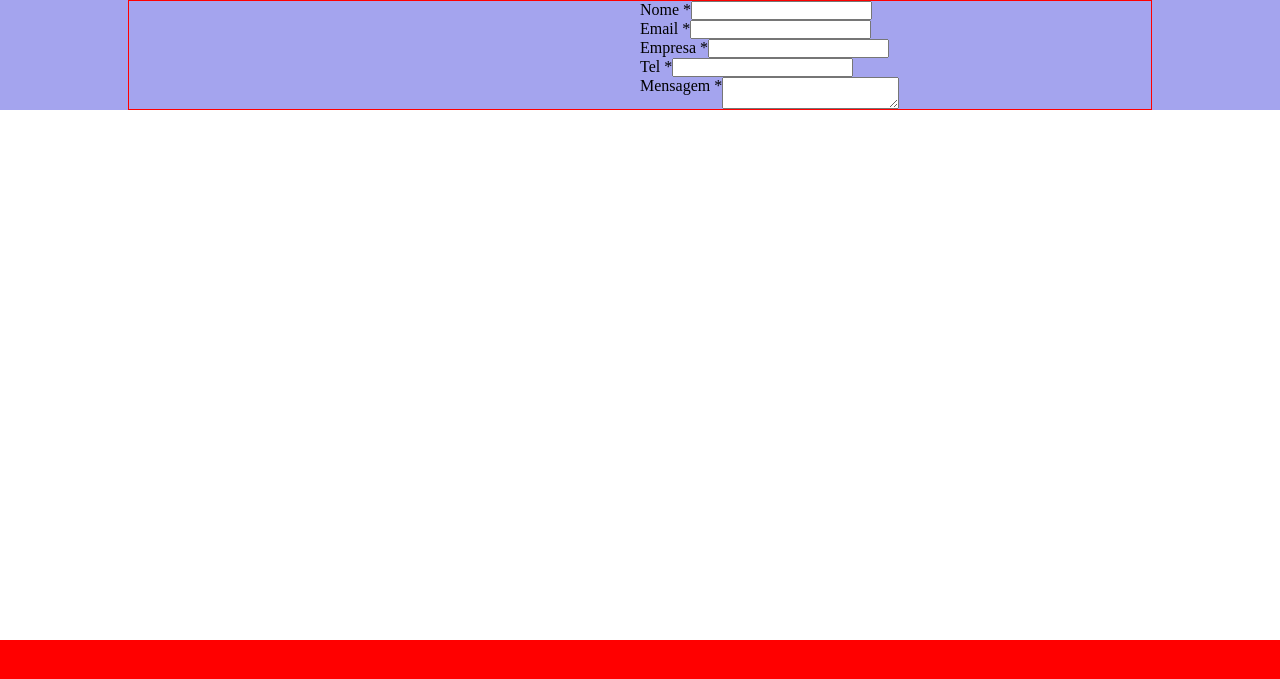
Repository: ecrseer/contatenos-html-js
Page: contatenos.html
An editor plug-in stored every save of this project. The page is shown before and after the next save, followed by the edit.
The browser window is 1280 px wide. The pictures show the whole page.

Above is the page before, as saved 2021-12-27 14:38:00.

### contatenos.html
<!DOCTYPE html>
<html lang="en">

<head>
    <meta charset="UTF-8">
    <meta http-equiv="X-UA-Compatible" content="IE=edge">
    <meta name="viewport" content="width=device-width, initial-scale=1.0">
    <title>Contate-nos</title>
    <link rel="stylesheet" href="reset.css">
    <link rel="stylesheet" href="contatenos.css">
</head>

<body>

    <main class="main">
        <form action="enviar" method="post">
            <div class="input">
                <label for="Nome">Nome *</label>
                <input type="text">
            </div>
            <div class="input">
                <label for="Email">Email *</label>
                <input type="email">
            </div>
            <div class="input">
                <label for="Empresa">Empresa *</label>
                <input type="text">
            </div>
            <div class="input">
                <label for="Tel">Tel *</label>
                <input type="text">
            </div>
            <div class="input">
                <label for="Tel">Mensagem *</label>
                <textarea></textarea>
            </div>

        </form>
    </main>
    <section class="bottomnav">

    </section>

    <script src="contatenos.js"></script>
</body>

</html>

### contatenos.css
body{
    width: 100%;
    display: flex;
}
.main{
    background: rgb(164, 164, 238);
    width: 100%;
    height: 100%;
}
.input{
    display: flex;
    width: 50%;
    justify-self: right;
}
.bottomnav{
    background: red;
    position: fixed;
    bottom: 0;
    width: 100%;
    height: 5em;
}
form{
    width: 80%;
    border: 1px red solid;
    justify-content: center;
    align-self: center;
    justify-self: center;
}

### contatenos.js
//alert('hi')

Loaded but not shown: reset.css (common file)

After the next save:
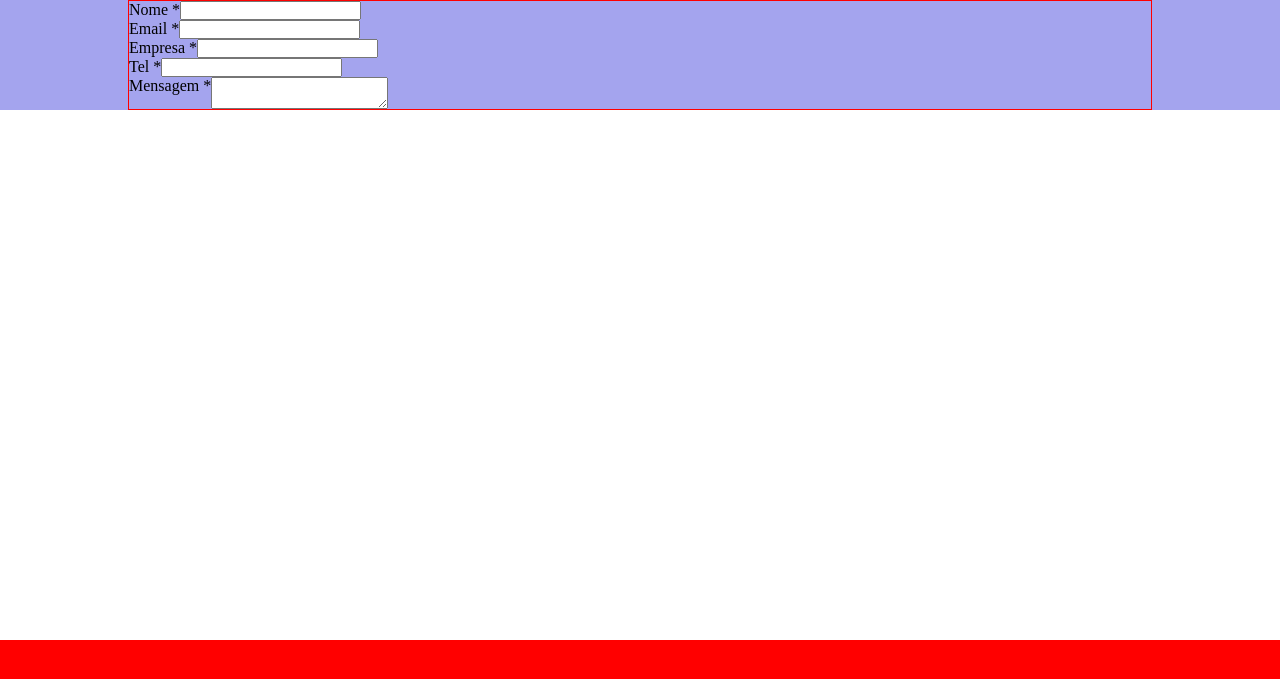
Saved 6 s later.
--- a/contatenos.css
+++ b/contatenos.css
@@ -10,7 +10,6 @@
 .input{
     display: flex;
     width: 50%;
-    justify-self: right;
 }
 .bottomnav{
     background: red;
